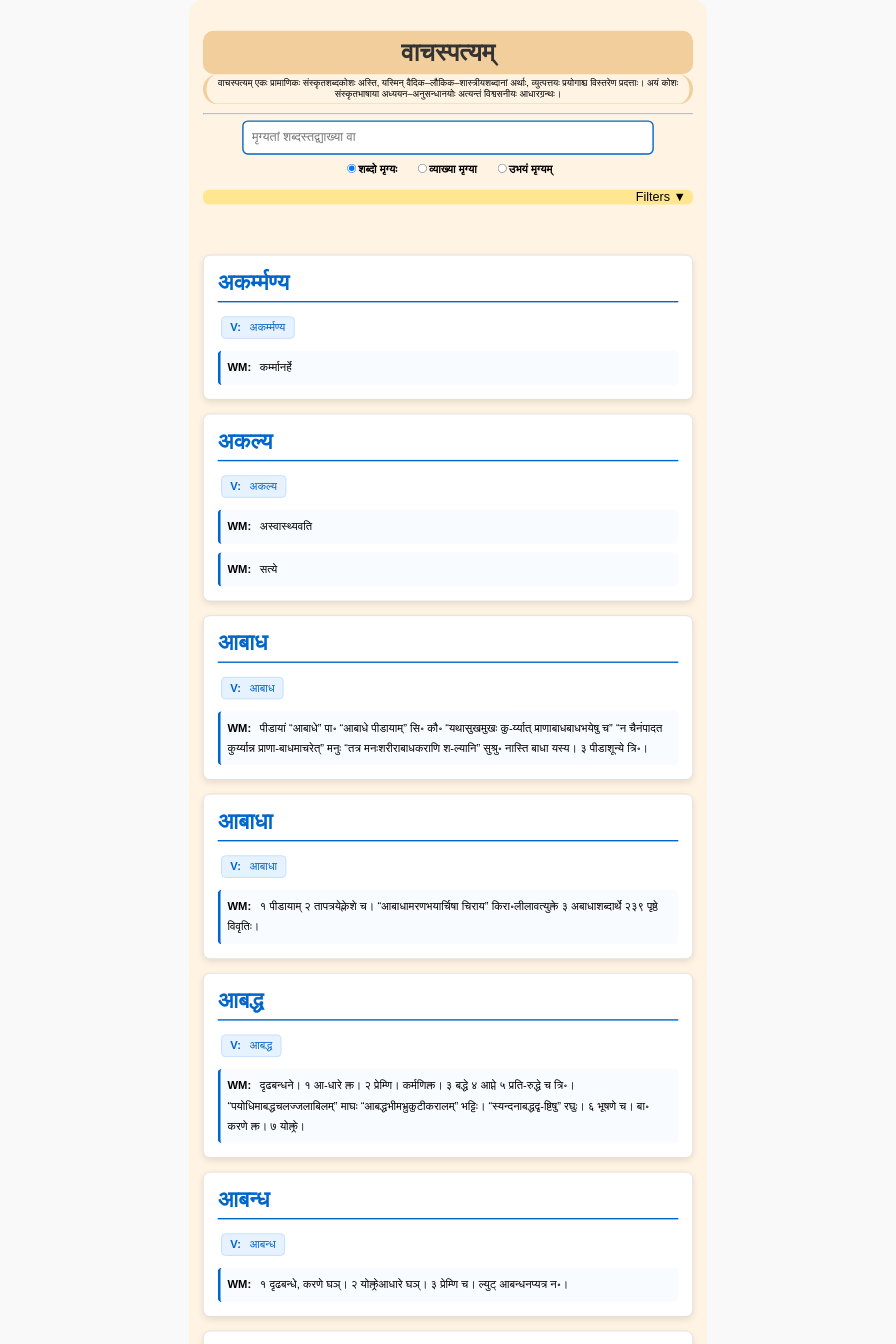
Repository: sanskritsphere/vachaspatyam-demo
Page: index.html
An editor plug-in stored every save of this project. The page is shown before and after the next save, followed by the edit.
The browser window is 1280 px wide. The pictures show the part of the page from y = 0 to 1920 px (the page is 3410 px tall before and 3400 px after), at 70% of full size.

Above is the page before, as saved 2025-12-14 16:13:59.

### index.html
<!DOCTYPE html>
<html lang="sa">
<head>
    <meta charset="UTF-8">
    <meta name="viewport" content="width=device-width, initial-scale=1.0">
    <link rel="styleSheet" type="text/css" href="style.css">
    <title>वाचस्पत्यम् शब्दकोशः</title>

</head>
<body>
    <div class="container">
    <header>
        <h1>वाचस्पत्यम्</h1>
    <p class="small">वाचस्पत्यम् एकः प्रामाणिकः संस्कृतशब्दकोशः अस्ति, यस्मिन् वैदिक–लौकिक–शास्त्रीयशब्दानां अर्थाः, व्युत्पत्तयः प्रयोगाश्च विस्तरेण प्रदत्ताः।
अयं कोशः संस्कृतभाषाया अध्ययन–अनुसन्धानयोः अत्यन्तं विश्वसनीयः आधारग्रन्थः।</p>
    </header>
    <hr>

    <div id="searchContainer">
        <input type="text" id="search" placeholder="मृग्यतां शब्दस्तद्व्याख्या वा">
        <div class="search-options">
            <label><input type="radio" name="searchMode" value="wordOnly" checked>शब्दो मृग्यः</label>
            <label><input type="radio" name="searchMode" value="meaningOnly">व्याख्या मृग्या</label>
            <label><input type="radio" name="searchMode" value="both">उभयं मृग्यम्</label>
        </div>
    </div>
    <div class="toggle-btn" id="toggleFilters">
    Filters
    <span class="arrow">▼</span>
 </div>
    <div class="filters" id="filtersPanel">
        <div class="filter-group" id="startingLetterGroup">
            <label>आद्यक्षरानुक्रमेण पृथक्करणम्</label>
            <select id="startingLetterFilter">
                <option value="">सर्वाणि आद्यक्षराणि</option>
            </select>
        </div>

        <div class="filter-group" id="gcGroup">
            <label>लिङ्गशः पृथक्करणम्</label>
            <select id="gcFilter">
                <option value="">सर्वलिङ्गानि</option>
            </select>
        </div>

        <!-- टैग विज़िबिलिटी -->
        <div class="filter-group" style="grid-column: 1 / -1;" id="tagVisibilityGroup">
            <label>दर्शयितुमिष्टानि खण्डानि चिन्वीत</label>
            <div class="tag-visibility" id="tagVisibility">
                <!-- डायनामिकली जनरेट होगा -->
            </div>
        </div>

        <!-- नए टैग फ़िल्टर सेक्शन -->
        <div class="filter-group" style="grid-column: 1 / -1;" id="tagFiltersGroup">
            <label>टैग्-मूल्येन विशिष्टमानानि चीयन्ताम्</label>
            <div class="tag-filters" id="tagFilters">
                <!-- XML से सभी टैग्स के लिए डायनामिक सिलेक्ट बॉक्स जनरेट होंगे -->
            </div>
        </div>
    </div>

    <div id="results"></div>
</div>
    <script>

        let dictionary = [];
        let allTags = new Set();
        let tagValues = {}; // { tag: Set of values }
        let startingLetters = new Set();
        let gcValues = new Set();
        let currentPage = 1;
        const itemsPerPage = 25;
        // XML फ़ाइल लोड करना
        fetch('vachaspatyam.xml')
            .then(response => response.text())
            .then(xmlText => {
                const parser = new DOMParser();
                const xml = parser.parseFromString(xmlText, "application/xml");
                const entries = xml.querySelectorAll('entry');

                entries.forEach(entry => {
                    const obj = {};
                    entry.querySelectorAll('*').forEach(child => {
                        const tagName = child.tagName;
                        allTags.add(tagName);

                        if (!obj[tagName]) obj[tagName] = [];
                        const value = child.textContent.trim();
                        if (value) obj[tagName].push(value);

                        // टैग वैल्यूज़ कलेक्ट करना
                        if (!tagValues[tagName]) tagValues[tagName] = new Set();
                        tagValues[tagName].add(value);

                        // विशेष हैंडलिंग
                        if (tagName === 'V' && value) {
                            startingLetters.add(value[0]);
                        }
                        if (tagName === 'GC' && value) {
                            gcValues.add(value);
                        }
                    });
                    dictionary.push(obj);
                });

                generateDynamicFilters();
                generateTagVisibility();
                generateTagFilters(); // नया फ़ीचर
                renderEntries(dictionary);
            })
            .catch(err => {
                document.getElementById('results').innerHTML =
                    '<p class="no-results">vachaspatyam.xml इति संचिका न लब्धा। कृपया तां स्थापयतु।</p>';
                console.error(err);
            });

        function generateDynamicFilters() {
            const startingSelect = document.getElementById('startingLetterFilter');
            [...startingLetters].sort().forEach(letter => {
                const opt = document.createElement('option');
                opt.value = letter;
                opt.textContent = letter;
                startingSelect.appendChild(opt);
            });

            const gcSelect = document.getElementById('gcFilter');
            [...gcValues].sort().forEach(gc => {
                const opt = document.createElement('option');
                opt.value = gc;
                opt.textContent = gc;
                gcSelect.appendChild(opt);
            });
        }

        function generateTagVisibility() {
            const container = document.getElementById('tagVisibility');
            container.innerHTML = '';
            [...allTags].sort().forEach(tag => {
                const label = document.createElement('label');
                const checkbox = document.createElement('input');
                checkbox.type = 'checkbox';
                checkbox.id = 'show' + tag;
                checkbox.checked = tag === 'V' || tag === 'WM'; // डिफ़ॉल्ट V और WM दिखाएँ
                label.appendChild(checkbox);
                label.appendChild(document.createTextNode(' ' + tag));
                container.appendChild(label);
            });
        }

        function generateTagFilters() {
            const container = document.getElementById('tagFilters');
            container.innerHTML = '';
            [...allTags].sort().forEach(tag => {
                if (tag === 'V') return; // V के लिए पहले से आदि अक्षर फ़िल्टर है

                const group = document.createElement('div');
                group.className = 'filter-group';

                const label = document.createElement('label');
                label.textContent = `${tag} मूल्येन पृथक्करोतु`;
                group.appendChild(label);

                const select = document.createElement('select');
                select.id = 'filter_' + tag;
                select.innerHTML = '<option value="">सर्वाणि</option>';

                // टैग के सभी यूनिक वैल्यूज़ जोड़ना
                [...tagValues[tag]].sort().forEach(val => {
                    const opt = document.createElement('option');
                    opt.value = val;
                    opt.textContent = val;
                    select.appendChild(opt);
                });

                group.appendChild(select);
                container.appendChild(group);
            });
        }

        function getMeaningText(entry) {
            let text = '';
            Object.keys(entry).forEach(key => {
                if (key !== 'V') {
                    text += entry[key].join(' ') + ' ';
                }
            });
            return text;
        }

        function renderEntries(entries, query) {
    const resultsDiv = document.getElementById('results');
    resultsDiv.innerHTML = '';

    if (entries.length === 0) {
        resultsDiv.innerHTML =
            '<p class="no-results">कश्चन शब्दो न लब्धः। कृपया मृग्यपदं परिवर्तयतु।</p>';
        return;
    }

    entries.forEach(entry => {
        const div = document.createElement('div');
        div.className = 'entry';

        const headWord = entry.V ? highlightText(entry.V[0], query) : 'अज्ञातः';
        div.innerHTML = `<h3>${headWord}</h3>`;

        const tagsDiv = document.createElement('div');

        allTags.forEach(tag => {
            const checkbox = document.getElementById('show' + tag);
            if (checkbox && checkbox.checked && entry[tag]) {
                entry[tag].forEach(value => {
                    const highlightedValue = highlightText(value, query);

                    if (tag === 'WM' || tag === 'EXP') {
                        tagsDiv.innerHTML += `
                            <div class="content">
                                <span class="tag-name">${tag}:</span>
                                ${highlightedValue}
                            </div>`;
                    } else {
                        tagsDiv.innerHTML += `
                            <span class="tag">
                                <span class="tag-name">${tag}:</span>
                                ${highlightedValue}
                            </span>`;
                    }
                });
            }
        });

        div.appendChild(tagsDiv);
        resultsDiv.appendChild(div);
    });
}


        function filterEntries() {
            let filtered = dictionary;

            const query = document.getElementById('search').value.trim();
            const searchMode = document.querySelector('input[name="searchMode"]:checked').value;

            if (query) {
                if (searchMode === 'wordOnly') {
                    filtered = filtered.filter(entry => entry.V && entry.V.some(v => v.includes(query)));
                } else if (searchMode === 'meaningOnly') {
                    filtered = filtered.filter(entry => getMeaningText(entry).includes(query));
                } else {
                    filtered = filtered.filter(entry =>
                        (entry.V && entry.V.some(v => v.includes(query))) ||
                        getMeaningText(entry).includes(query)
                    );
                }
            }

            const startingLetter = document.getElementById('startingLetterFilter').value;
            if (startingLetter) {
                filtered = filtered.filter(entry => entry.V && entry.V[0].startsWith(startingLetter));
            }

            const gc = document.getElementById('gcFilter').value;
            if (gc) {
                filtered = filtered.filter(entry => entry.GC && entry.GC.includes(gc));
            }

            // सभी टैग फ़िल्टर्स
            allTags.forEach(tag => {
                const select = document.getElementById('filter_' + tag);
                if (select && select.value) {
                    const filterValue = select.value;
                    filtered = filtered.filter(entry =>
                        entry[tag] && entry[tag].includes(filterValue)
                    );
                }
            });

            renderEntries(filtered, query);
        }

        // for highlight
            function highlightText(text, query) {
                if (!query) return text;
                const regex = new RegExp(`(${query})`, 'gi');
                return text.replace(regex, '<mark>$1</mark>');
            }

        // टॉगल बटन
    document.getElementById('toggleFilters').addEventListener('click', () => {
    const panel = document.getElementById('filtersPanel');
    const btn = document.getElementById('toggleFilters');
    btn.classList.toggle('active');
    panel.style.display = panel.style.display === 'block' ? 'none' : 'block';

    if (panel.classList.contains('show')) {
        panel.classList.remove('show');
        setTimeout(() => {
            panel.style.display = 'none';
        }, 600); // CSS transition duration के बराबर
    } else {
        panel.style.display = 'grid';
        // थोड़ा सा delay ताकि display apply हो जाए
        requestAnimationFrame(() => {
            panel.classList.add('show');
        });
    }
});


    function generateTagVisibility() {
    const container = document.getElementById('tagVisibility');
    container.innerHTML = '';

    // टैग नेम → संस्कृत में पूरा लेबल (विवरण)
    const tagLabels = {
        V:    "शब्दः (Vocable)",
        GC:   "लिङ्गम् (Grammatical Category)",
        GR:   "व्युत्पत्तिः (Grammar & Root)",
        ET:   "व्युत्पत्ति-विवरणम् (Etymology)",
        EXP:  "व्याख्या (Explanation)",
        CA:   "समास-विश्लेषणम् (Compound Analysis)",
        CT:   "उद्धरणम् (Citation Text)",
        RM:   "सन्दर्भः (Reference Mode)",
        WM:   "मुख्यार्थः (Word Meaning)"
        // यदि भविष्य में नया टैग जोड़ा जाए तो यहाँ उसका विवरण जोड़ सकते हैं
    };

    [...allTags].sort().forEach(tag => {
        const label = document.createElement('label');
        const checkbox = document.createElement('input');
        checkbox.type = 'checkbox';
        checkbox.id = 'show' + tag;
        // डिफ़ॉल्ट: V और WM हमेशा चेक रहें
        checkbox.checked = (tag === 'V' || tag === 'WM');

        label.appendChild(checkbox);
        // विवरण यदि उपलब्ध हो तो दिखाएँ, अन्यथा केवल टैग नेम
        const displayText = tagLabels[tag] || tag;
        label.appendChild(document.createTextNode(' ' + displayText));

        container.appendChild(label);
    });
}



        // सभी इवेंट्स
        document.getElementById('search').addEventListener('input', filterEntries);
        document.querySelectorAll('input[name="searchMode"]').forEach(radio => radio.addEventListener('change', filterEntries));
        document.getElementById('startingLetterFilter').addEventListener('change', filterEntries);
        document.getElementById('gcFilter').addEventListener('change', filterEntries);
        document.getElementById('filtersPanel').addEventListener('change', filterEntries); // सभी सिलेक्ट और चेकबॉक्स




    </script>
</body>
</html>

### style.css

        body {
            font-family: 'Sanskrit Text', 'Arial Unicode MS', Arial, sans-serif;
            margin: 20px;
            background-color: #f9f9f9;
            direction: ltr;
            margin: 0;
            padding: 0;
        }
        .container{
            width: 95%;
            max-width: 700px;
            margin: auto;
            background-color: #fff3e3;
            padding: 20px;
            border-radius: 20px;
        }
        header{
            display: block;
            justify-content: center;
            align-items: center;
            gap: 20px;
        }

       header h1 {
            text-align: center;
            color: #333;
            font-size: 36px;
            background-color: #f1ce9c;
            padding: 10px;
            border-radius: 15px;
            margin-bottom: 0;
        }
       header .small{
            margin-top: 0;
            padding: 5px;
            font-size: smaller;
            border-left: 5px solid #f1ce9c;
            border-radius: 100px ;
            border-right: 5px solid #f1ce9c;
            border-bottom: 1px solid #f1ce9c;
            text-align: center;
        }
        #toggleFilters {
            display: block;
            margin: 20px auto;
            padding: 0px 10px ;
            font-size: 18px;
            background: #ffe792;
            color: rgb(0, 0, 0);
            border: none;
            border-radius: 8px;
            cursor: pointer;
            text-align: right;

        }

        .arrow {
        display: inline-block;
        transition: transform 0.4s ease;
    }

    #toggleFilters.active .arrow {
        transform: rotate(180deg);
    }
        #searchContainer {
            margin-bottom: 20px;
            text-align: center;
        }
        #search {
            width: 80%;
            max-width: 600px;
            padding: 12px;
            font-size: 18px;
            border: 2px solid #0066cc;
            border-radius: 8px;
        }
        .search-options {
            margin-top: 10px;
        }
        .search-options label {
            margin: 0 10px;
            font-weight: bold;
            font-size: 16px;

        }
        .filters {
    margin-bottom: 20px;
    padding: 15px;
    background: #fff;
    border: 1px solid #ddd;
    border-radius: 10px;
    box-shadow: 0 4px 10px rgba(0,0,0,0.1);
    margin-top: 10px;
    /* display: grid; */
    grid-template-columns: repeat(auto-fit, minmax(300px, 1fr));
    gap: 20px;
    max-height: 0;
    opacity: 0;
    overflow: hidden;
    transition: max-height 0.6s ease, opacity 0.6s ease;
    min-width: 100%;
}
.filters.show {
    position: relative;
    max-height: 2000px; /* content से ज़्यादा रखो */
    opacity: 1;

}

        .filter-group {
            display: flex;
            flex-direction: column;
        }
        .filter-group label {
            font-weight: bold;
            margin-bottom: 8px;
            color: #333;
            font-size: 18px;
        }
        .filter-group select {
            padding: 8px;
            border-radius: 6px;
            border: 1px solid #ccc;
            font-size: 16px;
            max-width: 300px;
        }
        .tag-visibility {
            display: grid;
            grid-template-columns: repeat(auto-fill, minmax(180px, 1fr));
            gap: 10px;
            margin-top: 10px;
        }
        .tag-visibility label {
            font-weight: normal;
            display: flex;
            align-items: center;
            font-size: 16px;
        }
        .tag-visibility input[type="checkbox"] {
            margin-right: 8px;
        }
        .tag-filters {
            display: grid;
            grid-template-columns: repeat(auto-fill, minmax(250px, 1fr));
            gap: 15px;
            margin-top: 15px;
            padding: 10px;
            background: #fff9f9;
            border-radius: 8px;
        }
        #results {
            display: grid;
            gap: 20px;
        }
        .entry {
            background: white;
            padding: 20px;
            border: 1px solid #ddd;
            border-radius: 10px;
            box-shadow: 0 4px 10px rgba(0,0,0,0.1);
        }
        .entry h3 {
            margin: 0 0 15px 0;
            color: #0066cc;
            font-size: 32px;
            border-bottom: 2px solid #0066cc;
            padding-bottom: 8px;
        }
        .tag {
            display: inline-block;
            background: #e6f2ff;
            color: #0066cc;
            padding: 6px 12px;
            margin: 5px;
            border-radius: 6px;
            font-size: 16px;
            border: 1px solid #b3d9ff;
        }
        .tag-name {
            font-weight: bold;
            margin-right: 8px;
        }
        .content {
            margin-top: 12px;
            line-height: 1.8;
            background: #f8fbff;
            padding: 10px;
            border-radius: 6px;
            border-left: 4px solid #0066cc;
            font-size: 16px;
        }
        .no-results {
            text-align: center;
            color: #888;
            font-size: 22px;
            padding: 40px;
        }
        @media (max-width: 768px) {
            .filters {
                grid-template-columns: 1fr;
            width: 92%;
            }
            .tag-visibility, .tag-filters {
                grid-template-columns: 1fr;
            width: 92%;
            }
            #search {
                width: 92%;
            }
            .container{
                margin: 0%;
                width: 100%;
                max-width: 90%;
            }
           .container select{
             max-width: 250px;
            }
        }
    mark {
    background-color: #ffff01;
}

After the next save:
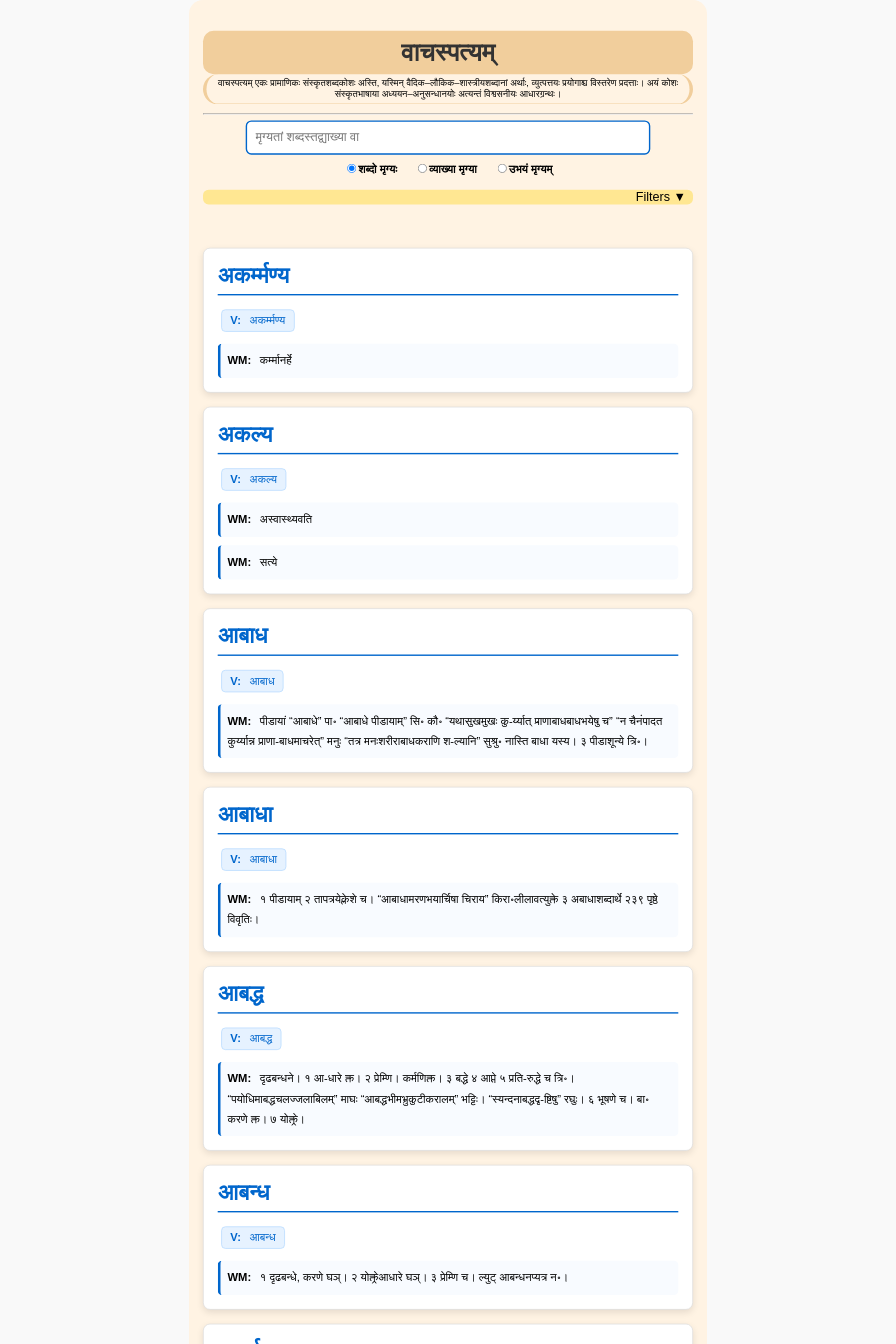
Saved 6 min 0 s later.
--- a/style.css
+++ b/style.css
@@ -14,6 +14,8 @@
             background-color: #fff3e3;
             padding: 20px;
             border-radius: 20px;
+            align-items: center;
+            justify-content: center;
         }
         header{
             display: block;
@@ -43,7 +45,7 @@
         }
         #toggleFilters {
             display: block;
-            margin: 20px auto;
+            margin: 10px auto;
             padding: 0px 10px ;
             font-size: 18px;
             background: #ffe792;
@@ -69,7 +71,7 @@
         }
         #search {
             width: 80%;
-            max-width: 600px;
+            max-width: 550px;
             padding: 12px;
             font-size: 18px;
             border: 2px solid #0066cc;
@@ -99,7 +101,6 @@
     opacity: 0;
     overflow: hidden;
     transition: max-height 0.6s ease, opacity 0.6s ease;
-    min-width: 100%;
 }
 .filters.show {
     position: relative;
